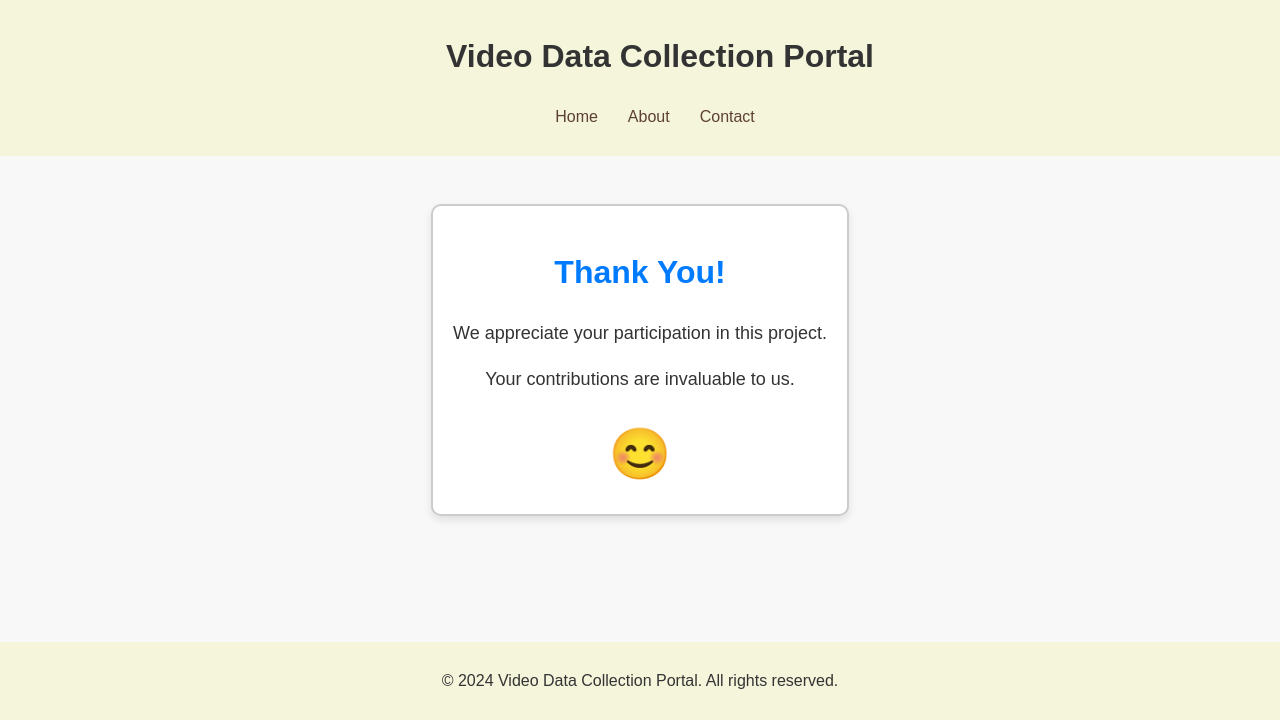
Repository: Oren93/sign_lang_data
Page: /thank-you (app in frontend/sign-lang-ui/)
An editor plug-in stored every save of this project. The page is shown before and after the next save, followed by the edit.
The browser window is 1280 px wide. The pictures show the whole page.
The project was rebuilt for these pictures with package versions that can differ from the ones it lists, and the page was loaded fresh each time. Also part of the build but not shown: frontend/sign-lang-ui/vite.config.ts, frontend/sign-lang-ui/src/pages/Home.tsx, frontend/sign-lang-ui/src/pages/About.tsx, frontend/sign-lang-ui/src/pages/Contact.tsx, frontend/sign-lang-ui/src/pages/Upload.module.css, frontend/sign-lang-ui/src/pages/Upload.tsx, frontend/sign-lang-ui/src/pages/Record.module.css, frontend/sign-lang-ui/src/pages/Record.tsx.

Above is the page before, as saved 2024-06-10 13:39:48.

### frontend/sign-lang-ui/src/main.tsx
// src/main.tsx
import React from 'react';
import ReactDOM from 'react-dom/client';
import { BrowserRouter as Router, Routes, Route } from 'react-router-dom';
import App from './App';
import './index.css';

const root = ReactDOM.createRoot(document.getElementById('root') as HTMLElement);
root.render(
  <React.StrictMode>
    <Router>
      <Routes>
        <Route path="/*" element={<App />} />
      </Routes>
    </Router>
  </React.StrictMode>
);

### frontend/sign-lang-ui/src/App.tsx
// src/App.tsx
import React, { useLayoutEffect } from 'react';
import { Routes, Route, useLocation } from 'react-router-dom';
import Header from './components/Header';
import Footer from './components/Footer';
import Home from './pages/Home';
import About from './pages/About';
import Contact from './pages/Contact';
import Upload from './pages/Upload';
import Record from './pages/Record';
import ThankYou from './pages/ThankYou'; // Import the Thank You page

const App: React.FC = () => {
  const location = useLocation();

  useLayoutEffect(() => {
    const adjustMainPadding = () => {
      const headerHeight = document.querySelector('header')?.offsetHeight || 0;
      const footerHeight = document.querySelector('footer')?.offsetHeight || 0;
      const mainElement = document.querySelector('main');

      if (mainElement) {
        mainElement.style.paddingTop = `${headerHeight}px`;
        mainElement.style.paddingBottom = `${footerHeight}px`;
      }
    };

    if (location.pathname !== '/record') {
      // Initial adjustment
      adjustMainPadding();

      // Adjust padding on load and window resize
      window.addEventListener('resize', adjustMainPadding);

      return () => {
        window.removeEventListener('resize', adjustMainPadding);
      };
    }
  }, [location.pathname]);

  return (
    <div>
      {location.pathname !== '/record' && <Header />}
      <Routes>
        <Route path="/" element={<Home />} />
        <Route path="/about" element={<About />} />
        <Route path="/contact" element={<Contact />} />
        <Route path="/upload" element={<Upload />} />
        <Route path="/record" element={<Record />} />
        <Route path="/thank-you" element={<ThankYou />} /> {/* Add the new route */}
      </Routes>
      {location.pathname !== '/record' && <Footer />}
    </div>
  );
};

export default App;

### frontend/sign-lang-ui/src/index.css
/* src/index.css */

/* General body styles */
html, body {
  font-family: Arial, sans-serif;
  line-height: 1.6;
  margin: 0;
  padding: 0;
  background: #f4f4f4;
  color: #333;
  height: 100vh;
  overflow: auto;
}

/* Header styles */
header {
  position: fixed;
  top: 0;
  left: 0;
  width: 100%;
  background: #f5f5dc;
  color: #333;
  padding: 10px 20px;
  z-index: 1000;
  text-align: center;
}

nav ul {
  list-style: none;
  padding: 0;
}

nav ul li {
  display: inline;
  margin-right: 10px;
}

nav ul li a {
  color: #5C4033;
  text-decoration: none;
  padding: 5px 10px;
}

/* Main section styles */
main {
  position: relative;
  overflow-y: auto;
  padding-left: 20px;
  padding-right: 20px;
  background: #fff; /* Ensures background color for readability */
  transition: padding-top 0.3s ease, padding-bottom 0.3s ease; /* Smooth transitions for padding adjustments */
  padding-top: 0; /* Initially set to 0 */
  padding-bottom: 0; /* Initially set to 0 */
}

section {
  margin-bottom: 20px;
}

/* Footer styles */
footer {
  position: fixed;
  bottom: 0;
  left: 0;
  width: 100%;
  background: #f5f5dc;
  color: #333;
  padding: 10px 20px;
  z-index: 1000;
  text-align: center;
  box-sizing: border-box; /* Ensures padding is included in the element's total width and height */
}
/* Link hover effect */
nav ul li a:hover {
  color: #8B4513;
  text-decoration: underline;
}

@media (max-width: 768px) {
  nav ul {
      text-align: center;
  }

  nav ul li {
      display: block;
      margin-bottom: 10px;
  }

  main {
      margin: 10px;
  }
}

/* Form styles */
form {
  max-width: 500px;
  margin: 20px auto;
  padding: 20px;
  background: #f8f8f8;
  border: 1px solid #ddd;
}

label {
  display: block;
  margin-bottom: 10px;
}

input[type="file"] {
  margin-bottom: 20px;
}

button {
  background: #333;
  color: #fff;
  border: none;
  padding: 10px 20px;
  cursor: pointer;
}

button:hover {
  background: #555;
}

### frontend/sign-lang-ui/src/components/Header.tsx
// src/components/Header.tsx
import React from 'react';
import { Link } from 'react-router-dom';

const Header: React.FC = () => {
  return (
    <header>
      <h1>Video Data Collection Portal</h1>
      <nav>
        <ul>
          <li><Link to="/">Home</Link></li>
          <li><Link to="/about">About</Link></li>
          <li><Link to="/contact">Contact</Link></li>
          {/* Removed the upload link */}
        </ul>
      </nav>
    </header>
  );
};

export default Header;

### frontend/sign-lang-ui/src/components/Footer.tsx
// src/components/Footer.tsx
import React from 'react';

const Footer: React.FC = () => {
  return (
    <footer>
      <p>&copy; 2024 Video Data Collection Portal. All rights reserved.</p>
    </footer>
  );
};

export default Footer;

### frontend/sign-lang-ui/src/pages/ThankYou.tsx
import React, { CSSProperties } from 'react';

const ThankYou: React.FC = () => {
  const containerStyle: CSSProperties = {
    display: 'flex',
    justifyContent: 'center',
    alignItems: 'center',
    width: '100vw',
    height: '100vh',
    backgroundColor: '#f8f8f8',
    color: '#333',
  };

  const messageBoxStyle: CSSProperties = {
    textAlign: 'center',
    padding: '20px',
    border: '2px solid #ccc',
    borderRadius: '10px',
    backgroundColor: '#fff',
    boxShadow: '0 4px 8px rgba(0, 0, 0, 0.1)',
  };

  const h1Style: CSSProperties = {
    marginBottom: '20px',
    color: '#007bff',
  };

  const pStyle: CSSProperties = {
    marginBottom: '10px',
    fontSize: '18px',
  };

  const smileStyle: CSSProperties = {
    fontSize: '50px',
    marginTop: '20px',
  };

  return (
    <div style={containerStyle}>
      <div style={messageBoxStyle}>
        <h1 style={h1Style}>Thank You!</h1>
        <p style={pStyle}>We appreciate your participation in this project.</p>
        <p style={pStyle}>Your contributions are invaluable to us.</p>
        <div style={smileStyle}>😊</div>
      </div>
    </div>
  );
};

export default ThankYou;

Loaded but not shown: frontend/sign-lang-ui/index.html (common file)

After the next save:
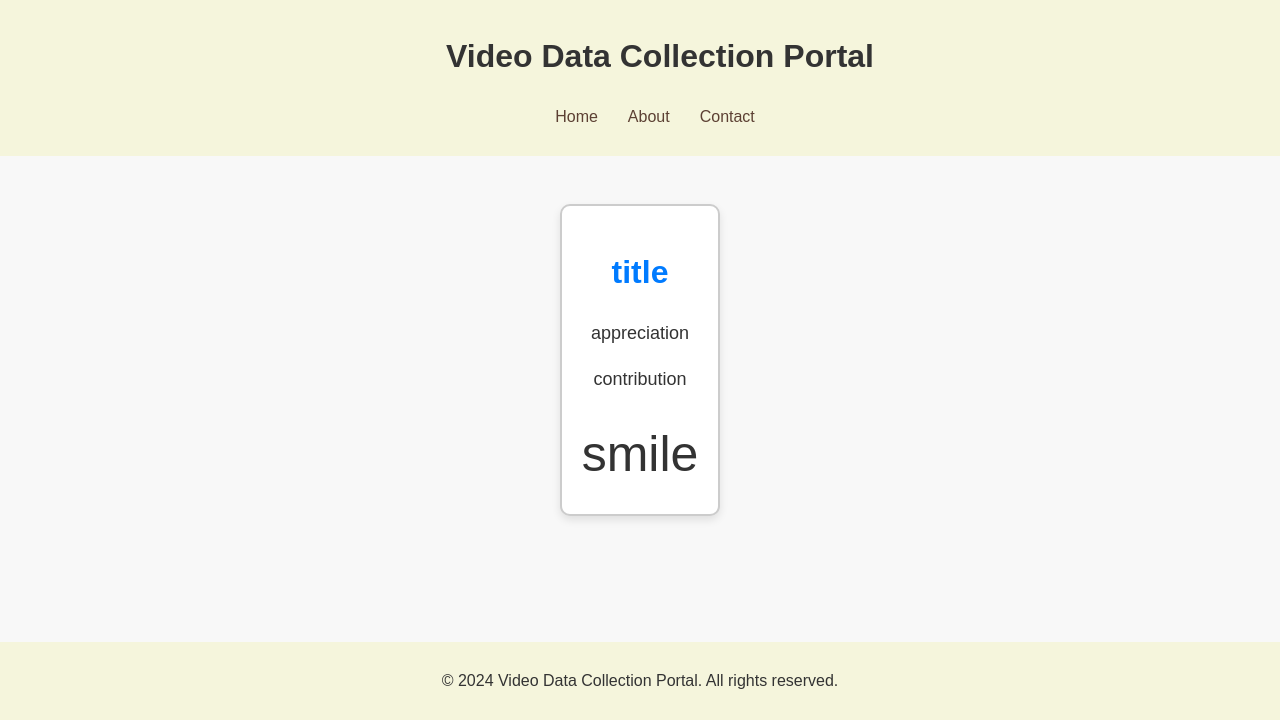
Saved 3 min 10 s later.
--- a/frontend/sign-lang-ui/src/pages/ThankYou.tsx
+++ b/frontend/sign-lang-ui/src/pages/ThankYou.tsx
@@ -1,6 +1,10 @@
 import React, { CSSProperties } from 'react';
+import { useTranslation } from 'react-i18next';
+
 
 const ThankYou: React.FC = () => {
+  const { t } = useTranslation();
+
   const containerStyle: CSSProperties = {
     display: 'flex',
     justifyContent: 'center',
@@ -38,10 +42,10 @@ const ThankYou: React.FC = () => {
   return (
     <div style={containerStyle}>
       <div style={messageBoxStyle}>
-        <h1 style={h1Style}>Thank You!</h1>
-        <p style={pStyle}>We appreciate your participation in this project.</p>
-        <p style={pStyle}>Your contributions are invaluable to us.</p>
-        <div style={smileStyle}>😊</div>
+        <h1 style={h1Style}>{t('title')}</h1>
+        <p style={pStyle}>{t('appreciation')}</p>
+        <p style={pStyle}>{t('contribution')}</p>
+        <div style={smileStyle}>{t('smile')}</div>
       </div>
     </div>
   );
